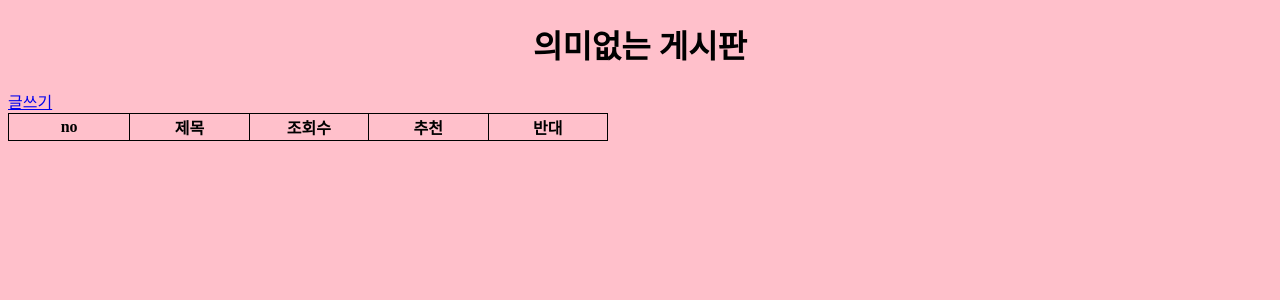
Repository: Bigdog93/WebworkspacePT
Page: http://localhost/BoardVer2/list
These files come from the project's save history. The page is drawn as it stood at one moment and after the next save; the edit follows.
The browser window is 1280 px wide. The pictures show the whole page.
The page is served by Tomcat 9. Other server files are loaded and not shown.

Above is the page before, as saved 2021-04-27 07:02:58.

### WebWorkSpace/BoardVer2/src/main/webapp/WEB-INF/jsp/list.jsp
<%@ page language="java" contentType="text/html; charset=UTF-8"
    pageEncoding="UTF-8"%>
<%@ page import="com.board.boardVO.*"%>
<%@ page import="java.util.* " %>
<%
	List<BoardVO> db = (List<BoardVO>)request.getAttribute("database");
%>
<!DOCTYPE html>
<html>
<head>
<meta charset="UTF-8">
<link href="css/style.css" rel="stylesheet" type="text/css">
<title>Insert title here</title>
</head>
<body>
<div class = "container">
	<h1>의미없는 게시판</h1>
	<div id="write"><a href="/write"> 글쓰기</a></div>
	<div>
		<table>
			<tr>
				<th>no</th>
				<th>제목</th>
				<th>조회수</th>
				<th>추천</th>
				<th>반대</th>
			</tr>
			<% for(int i = 0; i < db.size(); i++) { %>
			<tr>
				<td><%=db.get(i).getBoard_idx() %></td>
				<td><a href="/detail?no=<%=i %>"><%=db.get(i).getTitle() %></a></td>
				<td><%=db.get(i).getView() %></td>
				<td><%=db.get(i).getLike() %></td>
				<td><%=db.get(i).getDislike() %></td>
			<tr>
			<% } %>
		</table>
	</div>
</div>
</body>
</html>

### WebWorkSpace/BoardVer2/src/main/java/com/board/control/BoardListServlet.java
package com.board.control;

import java.io.IOException;
import javax.servlet.ServletException;
import javax.servlet.annotation.WebServlet;
import javax.servlet.http.HttpServlet;
import javax.servlet.http.HttpServletRequest;
import javax.servlet.http.HttpServletResponse;

import com.board.boardVO.Database;

@WebServlet("/list")
public class BoardListServlet extends HttpServlet {
	private static final long serialVersionUID = 1L;

	protected void doGet(HttpServletRequest request, HttpServletResponse response) throws ServletException, IOException {

		request.setAttribute("database", Database.getList());


		String url = "/WEB-INF/jsp/list.jsp";
		request.getRequestDispatcher(url).forward(request, response);
	}

	protected void doPost(HttpServletRequest request, HttpServletResponse response) throws ServletException, IOException {

	}

}

### WebWorkSpace/BoardVer2/src/main/java/com/board/boardVO/Database.java
package com.board.boardVO;

import java.util.ArrayList;
import java.util.List;

public class Database {
	private static List<BoardVO> list = new ArrayList<BoardVO>();

	public static List<BoardVO> getList() {
		return list;
	}
}

### WebWorkSpace/BoardVer2/src/main/webapp/css/style.css
@charset "UTF-8";

body {
		background-color: pink;
}

table, th, td {
	border : 1px solid black;
	border-collapse : collapse;
	width : 600px;
	height : 100%;
}
h1 {
	text-align: center;
}

After the next save:
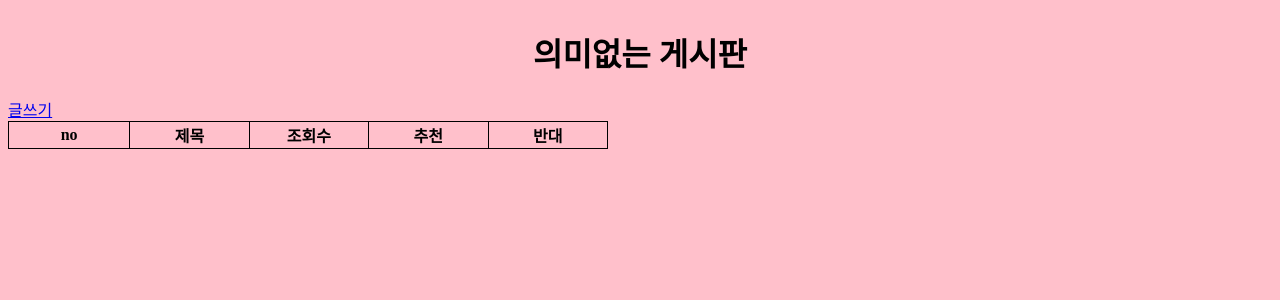
Saved 41 s later.
--- a/WebWorkSpace/BoardVer2/src/main/webapp/css/style.css
+++ b/WebWorkSpace/BoardVer2/src/main/webapp/css/style.css
@@ -13,3 +13,8 @@
 h1 {
 	text-align: center;
 }
+
+.container {
+	display : flex;
+	flex-direction: column;
+}
